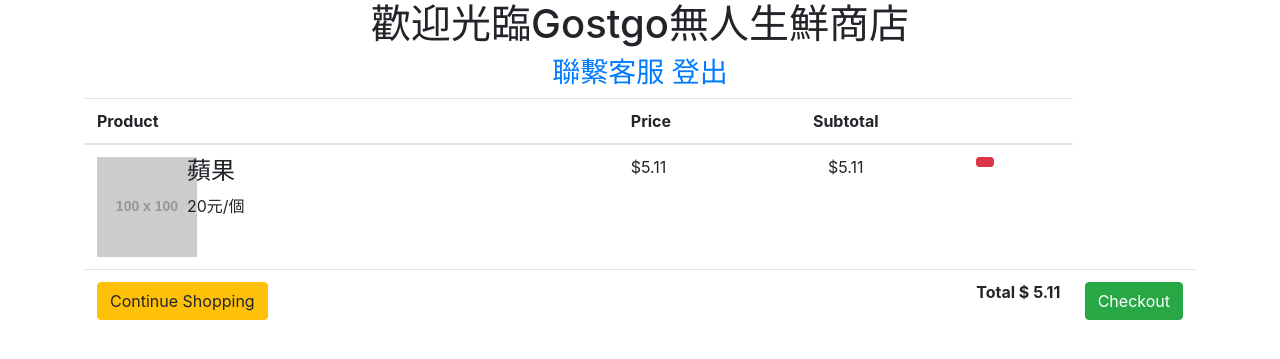
Repository: powerspd/III_AIOT05_team3_project
Page: http://localhost/this_is_demo/shopping.jsp
These files come from the project's save history. The page is drawn as it stood at one moment and after the next save; the edit follows.
The browser window is 1280 px wide. The pictures show the whole page.
The page is served by Tomcat 9. Other server files are loaded and not shown. The template is opened directly, without the code that normally fills it, so the values that code supplies are empty.

Above is the page before, as saved 2020-01-25 06:56:17.

### JavaWeb_Workspace/this_is_demo/WebContent/shopping.jsp
<%@ page language="java" contentType="text/html; charset=UTF-8" pageEncoding="UTF-8"%>
<%@ taglib uri="http://java.sun.com/jsp/jstl/core" prefix="c" %>
<html>
<head>
	<meta http-equiv="Content-Type" content="text/html; charset=utf-8">
	<title>使用者管理系統</title>

	<link rel="stylesheet" href="https://maxcdn.bootstrapcdn.com/bootstrap/4.4.1/css/bootstrap.min.css">
  	<script src="https://ajax.googleapis.com/ajax/libs/jquery/3.4.1/jquery.min.js"></script>
  	<script src="https://cdnjs.cloudflare.com/ajax/libs/popper.js/1.16.0/umd/popper.min.js"></script>
  	<script src="https://maxcdn.bootstrapcdn.com/bootstrap/4.4.1/js/bootstrap.min.js"></script>
</head>
<body>
<div align="center" class="table-users">
<div class="header">
<h1>歡迎光臨Gostgo無人生鮮商店</h1>
<div></div>
<h3>
<a href="AccountServlet"><c:out value="${user.name}"/></a>
<a href="ServiceServlet">聯繫客服</a>
<a href="LogoutServlet">登出</a>
</h3>
</div>
<div class="container">
  <table id="cart" class="table table-hover table-condensed">
    <thead>
      <tr>
        <th style="width:50%">Product</th>
        <th style="width:10%">Price</th>
        <th style="width:22%" class="text-center">Subtotal</th>
        <th style="width:10%"></th>
      </tr>
    </thead>
    <tbody>
      <tr>
        <td data-th="Product">
          <div class="row">
            <div class="col-sm-2 hidden-xs"><img src="http://placehold.it/100x100" alt="..." class="img-responsive" /></div>
            <div class="col-sm-10">
              <h4 class="nomargin">蘋果</h4>
              <p>20元/個</p>
            </div>
          </div>
        </td>
        <td data-th="Price">$5.11</td>

        <td data-th="Subtotal" class="text-center">$5.11</td>
        <td class="actions" data-th="">
          <button class="btn btn-danger btn-sm"><i class="fa fa-trash-o"></i></button>
        </td>
      </tr>
    </tbody>
    <tfoot>
      <tr>
        <td><a href="#" class="btn btn-warning"><i class="fa fa-angle-left"></i> Continue Shopping</a></td>
        <td colspan="2" class="hidden-xs"></td>
        <td class="hidden-xs text-center"><strong>Total $ 5.11</strong></td>
        <td><a href="#" class="btn btn-success btn-block">Checkout <i class="fa fa-angle-right"></i></a></td>
      </tr>
    </tfoot>
  </table>
</div>



<c:forEach var="user" items="${listItem}">
<div class="item">
<div class="buttons">
<span class="delete-btn"></span>
</div>

<div class="image">
<img src="/.....path_name...../<c:out value='${item.imno}'/>" alt="" />
</div>

<div class="description">
<span><c:out value="${item.name}"/></span>
<span><c:out value="${item.unitPrice}"/> 元</span>
</div>

<div class="total-price"> NT <c:out value="${item.totalPrice}"/></div>
</div>
</c:forEach>
</div>
</div>

</body>
</html>

After the next save:
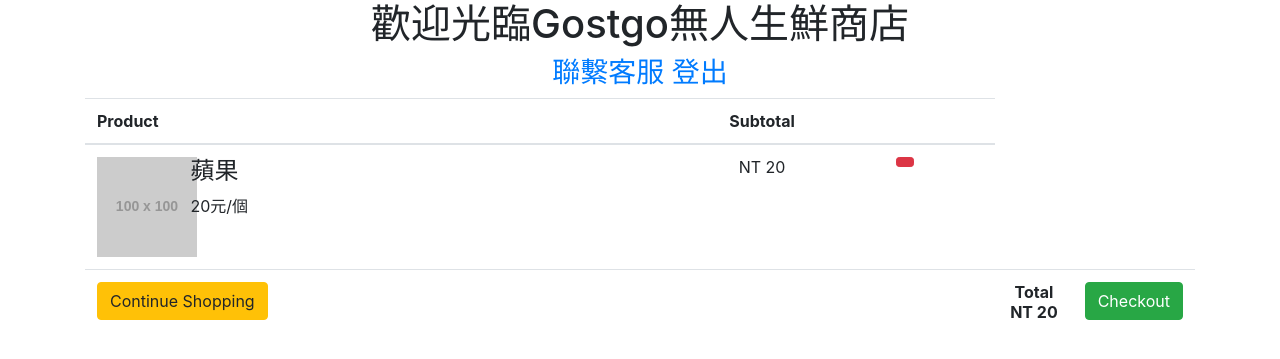
Saved 77 s later.
--- a/JavaWeb_Workspace/this_is_demo/WebContent/shopping.jsp
+++ b/JavaWeb_Workspace/this_is_demo/WebContent/shopping.jsp
@@ -26,7 +26,6 @@
     <thead>
       <tr>
         <th style="width:50%">Product</th>
-        <th style="width:10%">Price</th>
         <th style="width:22%" class="text-center">Subtotal</th>
         <th style="width:10%"></th>
       </tr>
@@ -42,9 +41,7 @@
             </div>
           </div>
         </td>
-        <td data-th="Price">$5.11</td>
-
-        <td data-th="Subtotal" class="text-center">$5.11</td>
+        <td data-th="Subtotal" class="text-center">NT 20</td>
         <td class="actions" data-th="">
           <button class="btn btn-danger btn-sm"><i class="fa fa-trash-o"></i></button>
         </td>
@@ -54,7 +51,7 @@
       <tr>
         <td><a href="#" class="btn btn-warning"><i class="fa fa-angle-left"></i> Continue Shopping</a></td>
         <td colspan="2" class="hidden-xs"></td>
-        <td class="hidden-xs text-center"><strong>Total $ 5.11</strong></td>
+        <td class="hidden-xs text-center"><strong>Total NT 20</strong></td>
         <td><a href="#" class="btn btn-success btn-block">Checkout <i class="fa fa-angle-right"></i></a></td>
       </tr>
     </tfoot>
